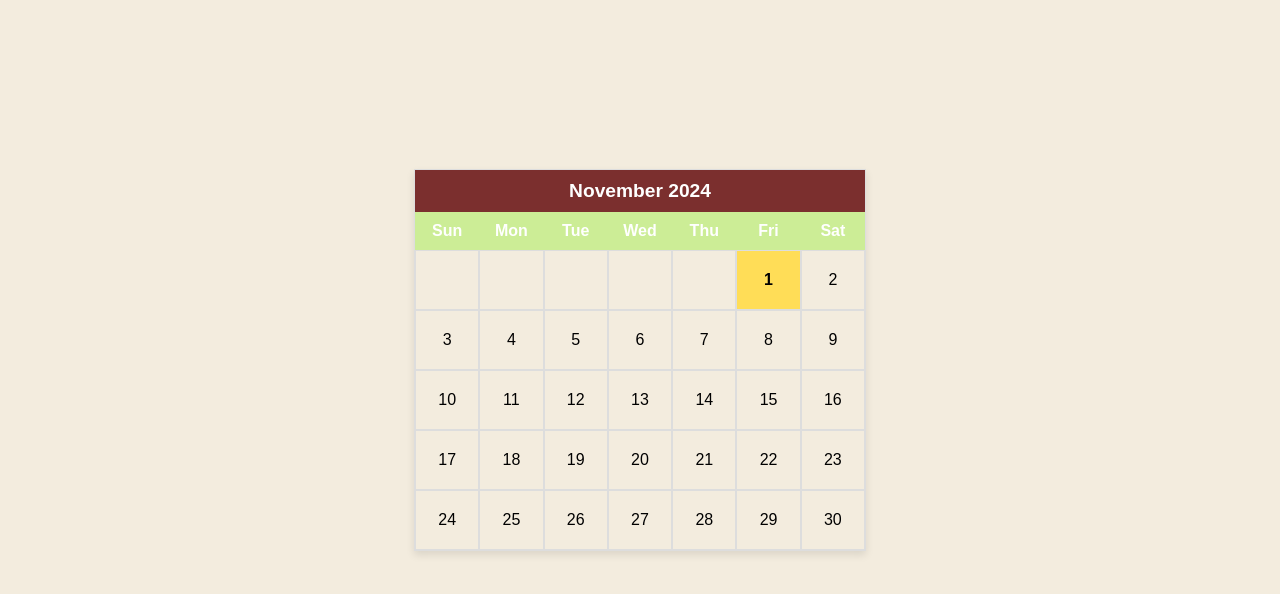
Repository: carrascokarencb37-afk/Nuura
Page: html/calendario.html
These files come from the project's save history. The page is drawn as it stood at one moment and after the next save; the edit follows.
The browser window is 1280 px wide. The pictures show the whole page.

Above is the page before, as saved 2026-05-28 23:29:05.

After the next save:
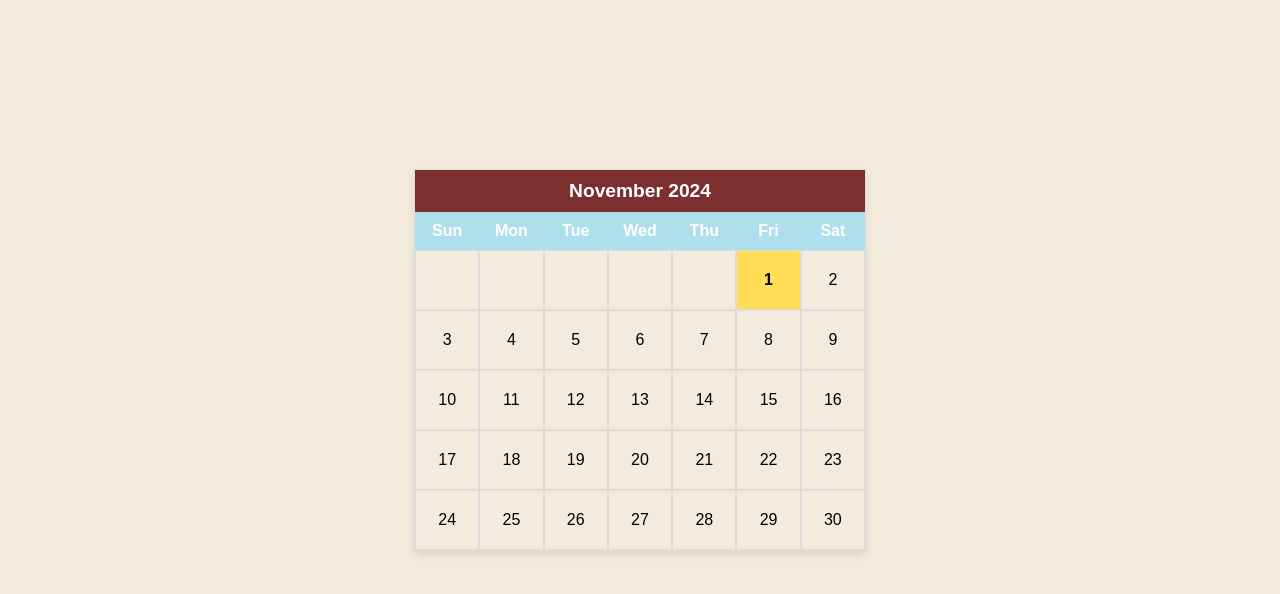
Saved 11 s later.
--- a/css/cale.css
+++ b/css/cale.css
@@ -31,7 +31,7 @@
         .calendar-days {
             display: grid;
             grid-template-columns: repeat(7, 1fr);
-            background-color:#cbee93f1;
+            background-color:#acdfeef1;
             color: white;
         }
 
